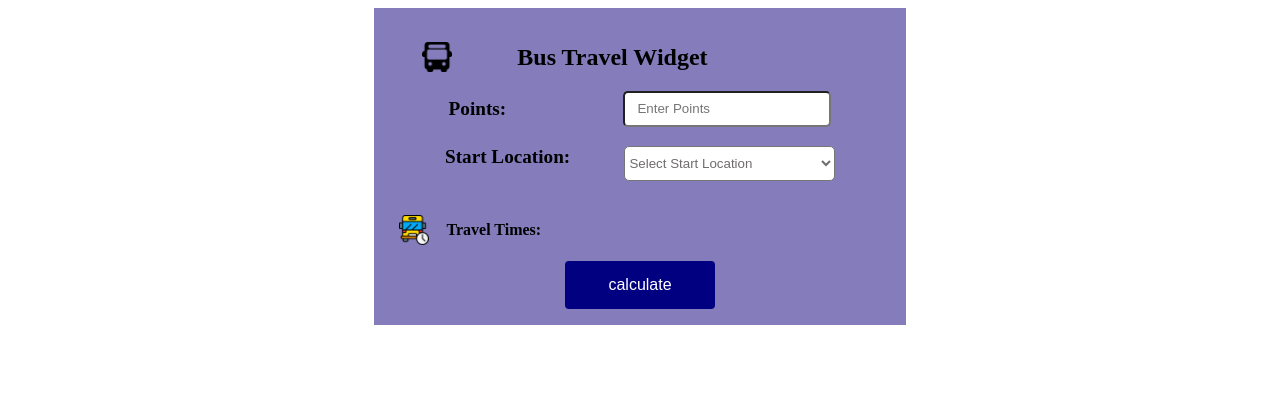
Repository: lasity34/bus_travel
Page: index.html
These files come from the project's save history. The page is drawn as it stood at one moment and after the next save; the edit follows.
The browser window is 1280 px wide. The pictures show the whole page.

Above is the page before, as saved 2023-05-31 11:02:20.

### index.html
<!DOCTYPE html>
<html lang="en">
  <head>
    <meta charset="UTF-8" />
    <meta http-equiv="X-UA-Compatible" content="IE=edge" />
    <meta name="viewport" content="width=device-width, initial-scale=1.0" />
    <link href="./style.css" rel="stylesheet" />
    <title>Bus travel</title>
  </head>
  <body>
    <div class="widget_container">
      <header>
        <img src="./images/bus.png" width="30" height="30" />
        <h2>Bus Travel Widget</h2>
      </header>
      <section>
        <div class="points_container">
          <label for="points">Points:</label>
          <input
            type="number"
            name="points"
            id="points"
            placeholder="Enter Points"
          />
        </div>
        <div class="start_location_container">
          <label for="dropdown">Start Location:</label>
          <select id="dropdown" name="dropdown">
            <option value="select_location">Select Start Location</option>
            <option value="atlantis">Atlantis</option>
            <option value="pinelands">Pinelands</option>
            <option value="milnerton">Milnerton</option>
          </select>
        </div>
      </section>
      <section class="calculate_container">
        <div class="calculate_title">
            <img src="./images/bus_time.png" width="30" height="30" />
            <h4>Travel Times:</h4>
        </div>
      </section>
      <button class="calculate_btn">calculate</button>
      <script src="./bus_travel_factory.js"></script>
      <script src="./bus_travel.js"></script>
    </div>
  </body>
</html>

### style.css


.widget_container {
   margin: 0 auto;
   display: flex;
   flex-direction: column;
   justify-content: center;
    background-color: rgb(132, 124, 187);
    width: 70%;
    max-width: 500px;
    font-weight: bold;
    padding: 1em;
}

header {
    display: flex;
    align-items: center;
    justify-content: space-around;
    width: 70%;
}

.points_container  {
    display: flex;
    width: 100%;
    justify-content: space-around;
    align-items: center;
}

.points_container label {
    font-size: 1.2rem;
}

.points_container input {
    border-radius: 5px;
    height: 30px;
    text-indent: 10px;
    width: 40%;
}

input[type='number']::-webkit-inner-spin-button,
input[type='number']::-webkit-outer-spin-button {
    -webkit-appearance: none;
    margin: 0;
}

input[type='number'] {
    -moz-appearance: textfield;
}

.start_location_container {
    padding: 1em 0;
    display: flex;
    margin: 0 auto;
    justify-content: space-between;
    width: 78%;
    font-size: 1.2rem;
    max-width: 500px;
}

select {
    background-color: white;
    width: 54%;
    height: 35px;
    border-radius: 5px;
    color: rgb(111, 108, 108);
}

option {
    font-weight: lighter;

}

button {
    background-color: #000080; /* Dark Blue */
    border: none;
    color: white;
    text-align: center;
    display: inline-block;
    font-size: 16px;
    transition-duration: 0.4s;
    cursor: pointer;
    padding: 15px 32px;
    border-radius: 4px;
    width: 30%;
    margin: 0 auto;
  }

  button:hover {
    background-color: #0000FF; /* Blue */
    color: white;
  }

  .calculate_title {
    display: flex;
    width: 32%;
    justify-content: space-around;
    align-content: center;
  }

  .calculate_title img {
    align-self: center;
  }

  input[type="radio"] {
    transform: scale(1.5); /* Adjust the scale factor as needed */
    margin: 0.5em;
}

### bus_travel_factory.js



function bus_travel_factory() {

    let points = 0
    let location = ""

    function points_input(input) {
        points = input
    }




    function bus_location(input) {
        if (input === "milnerton") {
            location = "milnerton"
        } else if (input === "atlantis") {
            location = 'atlantis'
        } else if (input === 'pinelands') {
            location = 'pinelands'
        } else if (input === 'select_location') {
            location = 'select_location'
        }
    }



    function points_value() {
        return points
    }

    function location_return() {
        return location
    }


    return {
        points_input,
        points_value,
        bus_location,
        location_return
    }
}

### bus_travel.js

const points_value = document.querySelector("#points").value
const calculate_btn = document.querySelector(".calculate_btn")
const location_select = document.querySelector("#dropdown")

const bus_instance = bus_travel_factory()

function bus_travel() {

    bus_instance.points_input(points_value)
}

function bus_location() {
    const selected_value = this.value
    bus_instance.bus_location(selected_value)
}

location_select.addEventListener("change", bus_location)


calculate_btn.addEventListener("click", bus_travel)

After the next save:
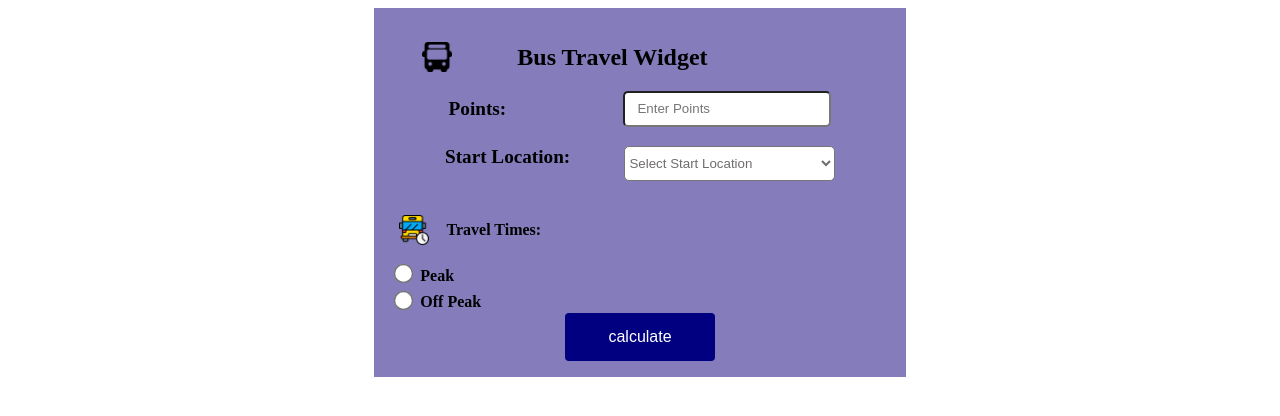
Saved 30 s later.
--- a/index.html
+++ b/index.html
@@ -35,8 +35,16 @@
       </section>
       <section class="calculate_container">
         <div class="calculate_title">
-            <img src="./images/bus_time.png" width="30" height="30" />
-            <h4>Travel Times:</h4>
+          <img src="./images/bus_time.png" width="30" height="30" />
+          <h4>Travel Times:</h4>
+        </div>
+        <div class="input_container">
+          <div class="calculate_input">
+            <input type="radio" id="peak" name="time" value="peak" />
+            <label for="peak">Peak</label><br />
+            <input type="radio" id="off-peak" name="time" value="off-peak" />
+            <label for="off-peak">Off Peak</label><br />
+          </div>
         </div>
       </section>
       <button class="calculate_btn">calculate</button>
